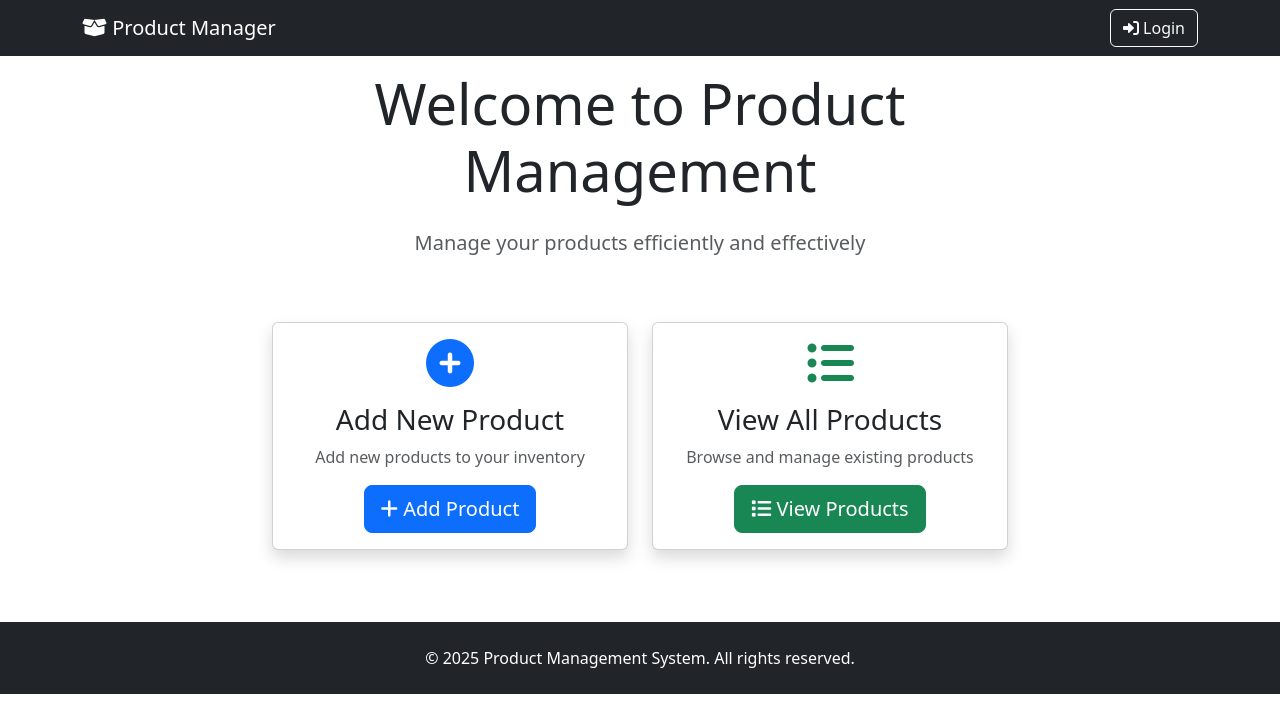
Repository: patramanik/java_ORM_Hibernate
Page: http://localhost/HD20/
The author's editor kept a copy of each file at every save. The page is drawn from the files as they stood at one save, then again after the next save.
The browser window is 1280 px wide. The pictures show the whole page.
The page is served by Tomcat 10.

Above is the page before, as saved 2025-04-16 17:01:48.

After the next save:
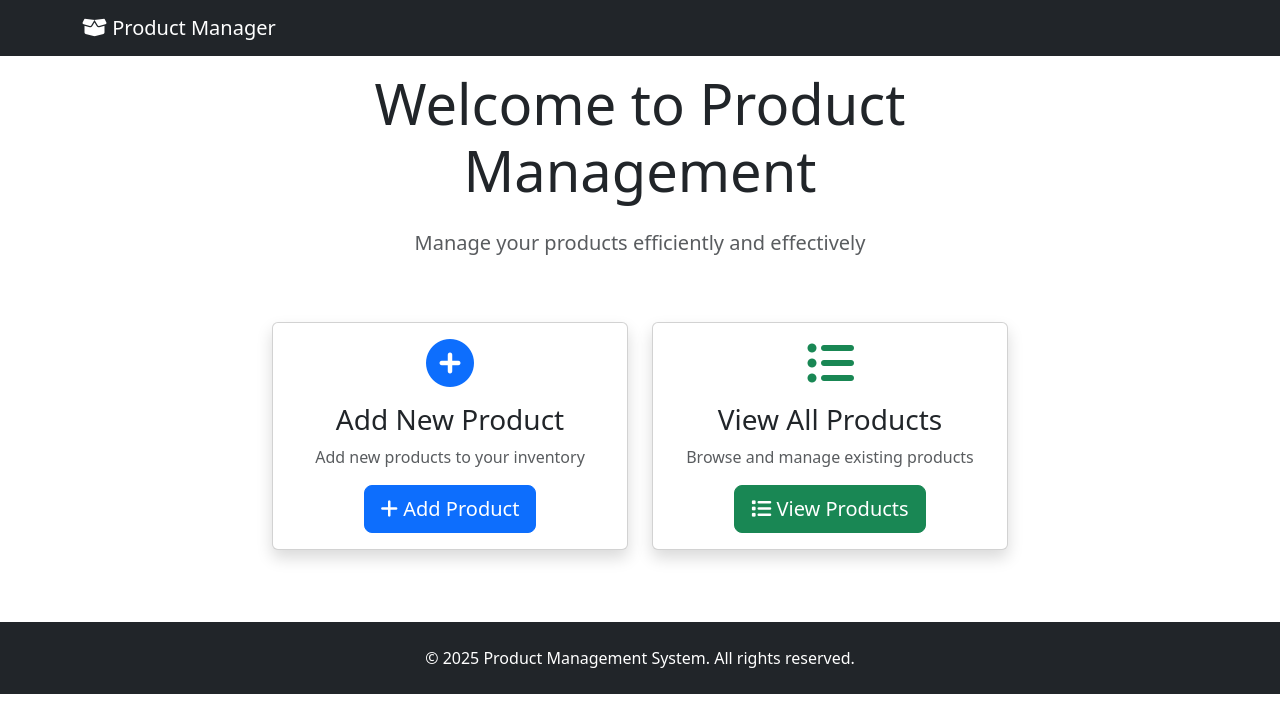
Saved 39 s later.
--- a/HD20/src/main/webapp/navbar.jsp
+++ b/HD20/src/main/webapp/navbar.jsp
@@ -3,7 +3,7 @@
         <a class="navbar-brand" href="index.jsp">
             <i class="fas fa-box-open"></i> Product Manager
         </a>
-        <div class="collapse navbar-collapse justify-content-end" id="navbarNav">
+        <%-- <div class="collapse navbar-collapse justify-content-end" id="navbarNav">
             <ul class="navbar-nav">
                 <li class="nav-item">
                     <a href="signin.jsp" class="btn btn-outline-light">
@@ -12,6 +12,6 @@
                     </a>
                 </li>
             </ul>
-        </div>
+        </div> --%>
     </div>
 </nav>
